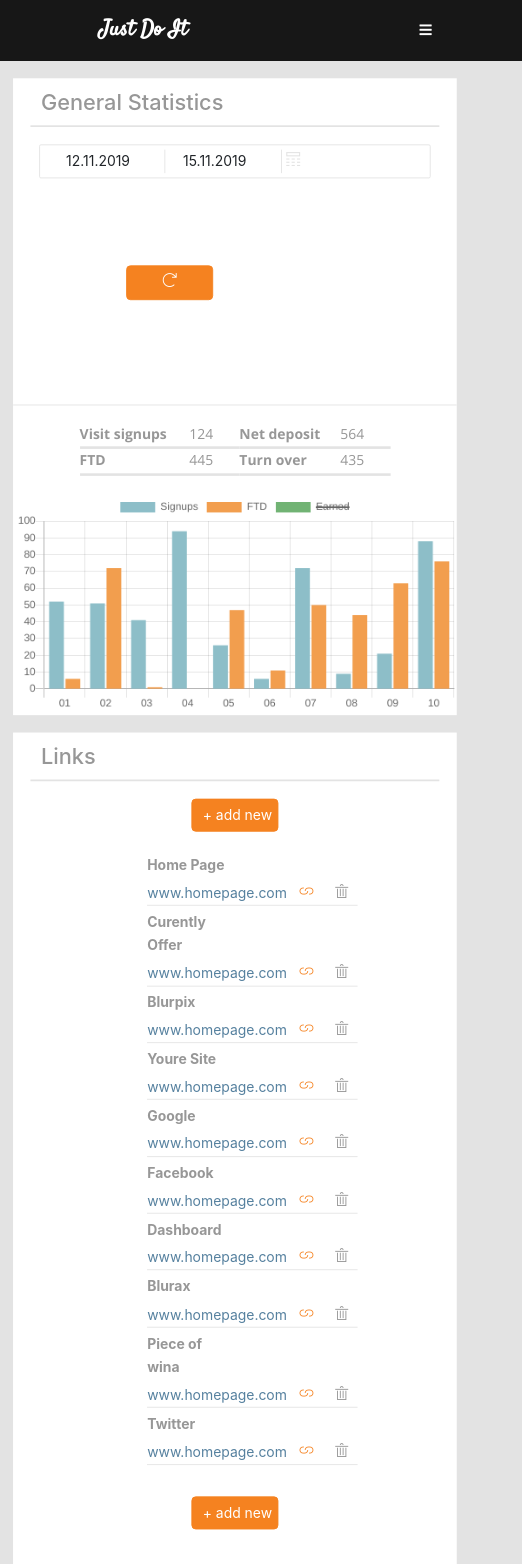
Repository: OllaWilk/wwwJustDoIt
Page: index.html
These files come from the project's save history. The page is drawn as it stood at one moment and after the next save; the edit follows.
The browser window is 600 px wide. The pictures show the whole page, at 87% of full size.
Some web libraries are served in a nearby version. The style sheet was rebuilt from its Sass, Less or Tailwind sources for each picture, by a compiler version that may differ from the author's.

Above is the page before, as saved 2019-12-25 19:51:25.

After the next save:
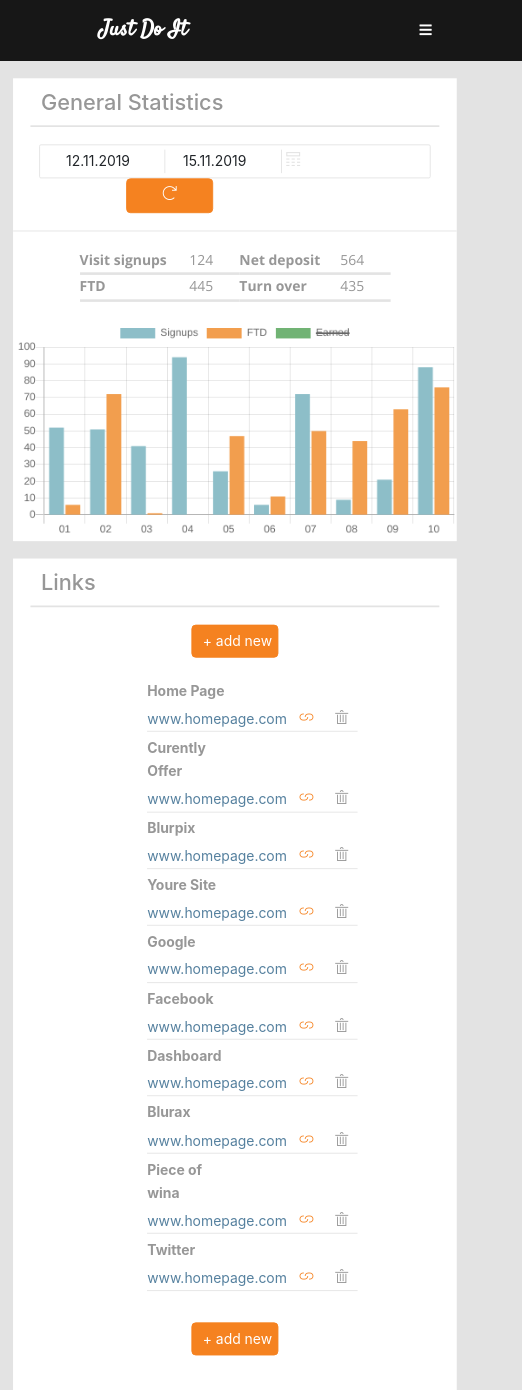
Saved 11 s later.
--- a/sass/components/_mediaQuery.scss
+++ b/sass/components/_mediaQuery.scss
@@ -74,7 +74,7 @@
 
     .btnRefrsh {
         width: 100px;
-        margin: 100px;
+        margin: 0 100px;
     }
 
     .linkWraper {
